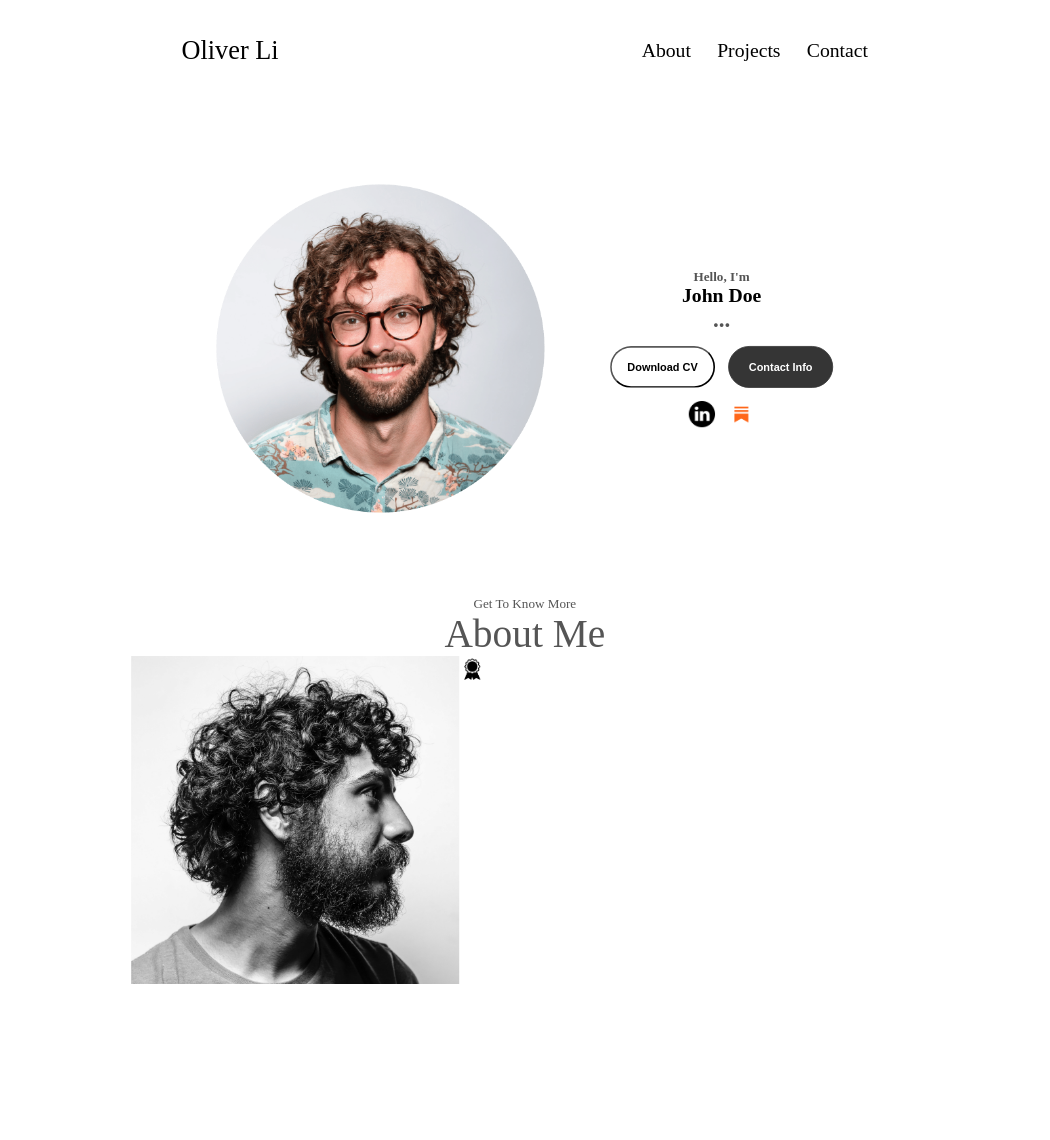
Repository: oliverli1728/portfolio
Page: index.html
The author's editor kept a copy of each file at every save. The page is drawn from the files as they stood at one save, then again after the next save.
The browser window is 1280 px wide. The pictures show the whole page, at 82% of full size.
Some web fonts or font styles are not loaded; a fallback is used.

Above is the page before, as saved 2025-09-25 21:31:00.

After the next save:
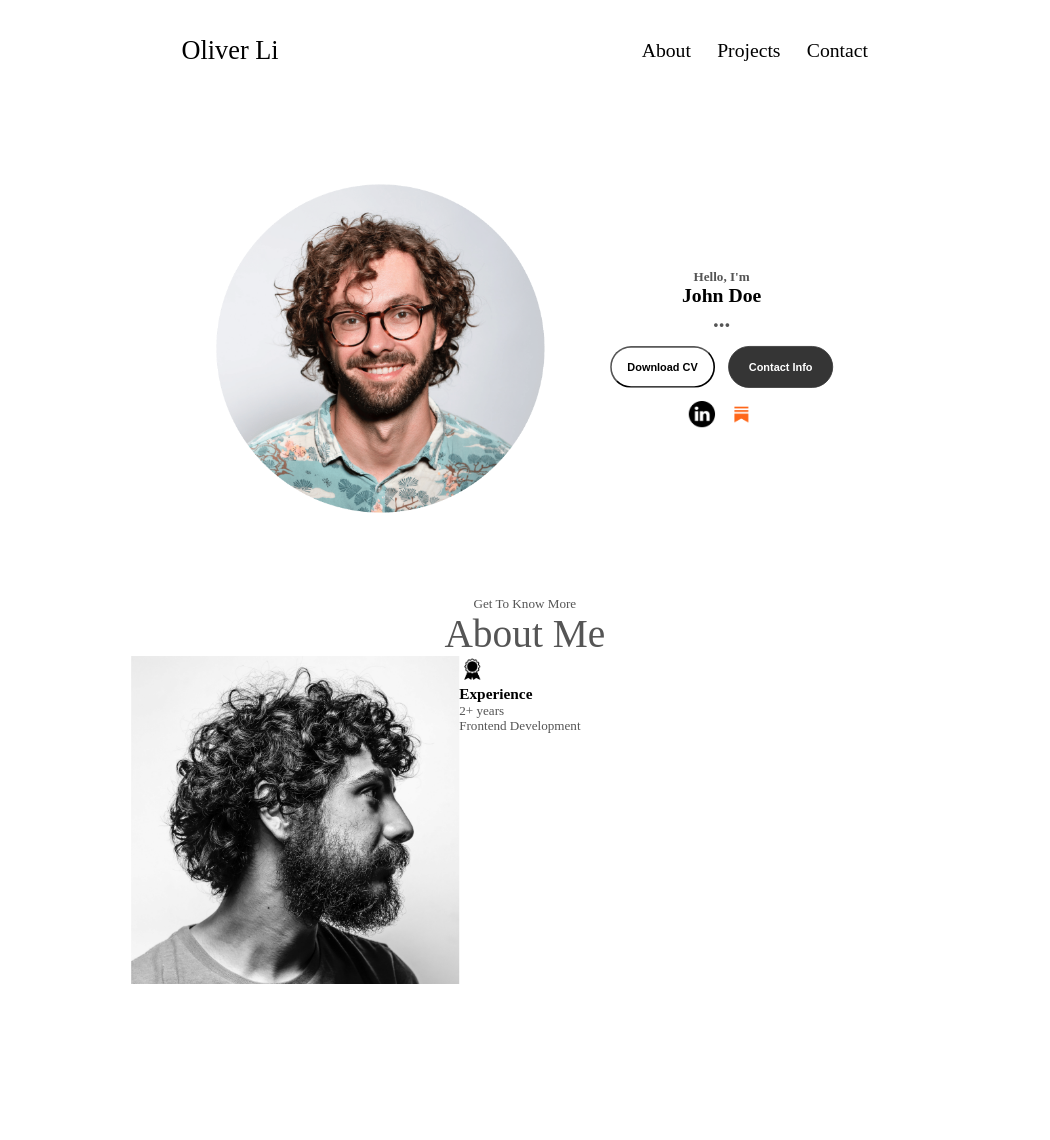
Saved 4 min 4 s later.
--- a/index.html
+++ b/index.html
@@ -74,6 +74,8 @@
                             <img src="./assets/experience.png" alt="experience"
                             class="icon">
                         </div>
+                        <h3>Experience</h3>
+                        <p>2+ years <br> Frontend Development</p>
                     </div>
                 </div>
             </div>
